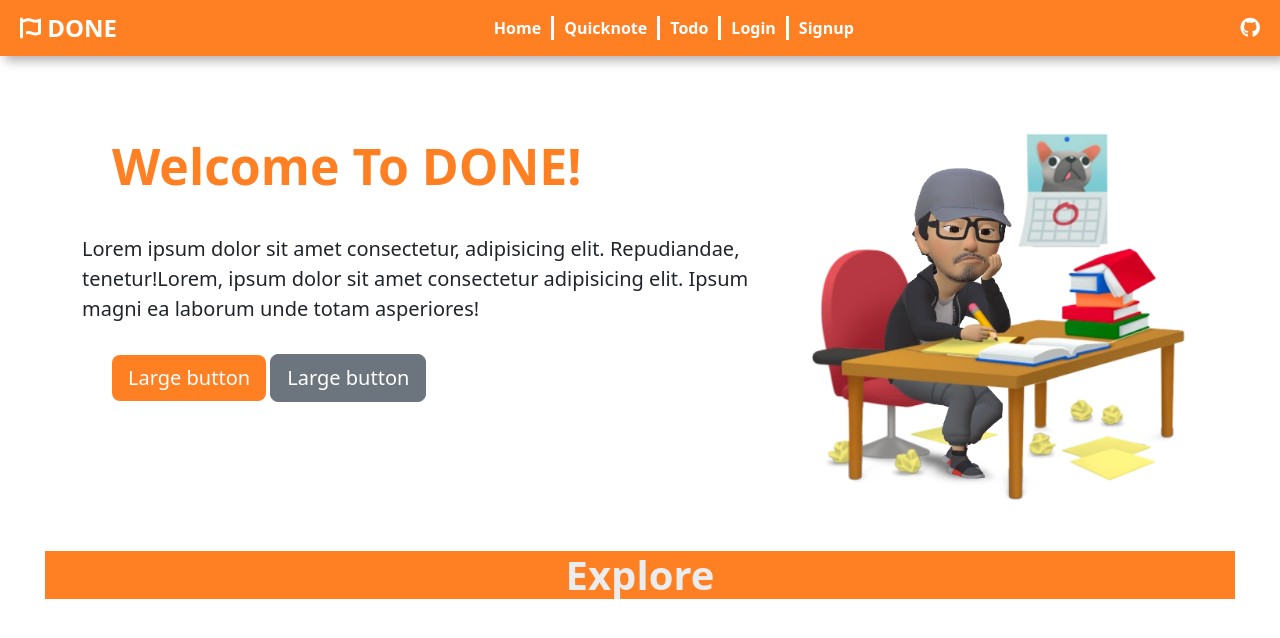
Repository: OmarEssameldinMousa/DONE
Page: index.html
The author's editor kept a copy of each file at every save. The page is drawn from the files as they stood at one save, then again after the next save.
The browser window is 1280 px wide. The pictures show the whole page.
The pointer rests on the first visible `.explore h1`.
Some web fonts or font styles are not loaded; a fallback is used.

Above is the page before, as saved 2023-12-16 20:13:21.

### index.html
<!DOCTYPE html>
<html lang="en">

<head>
    <meta charset="UTF-8">
    <meta name="viewport" content="width=device-width, initial-scale=1.0">
    <title>Home</title>
    <!-- Main Template CSS File -->
    <link rel="stylesheet" href="CSS/styles.css">
    <!-- Render and Normalize the ELements -->
    <link rel="stylesheet" href="CSS/normalize.css">
    <!-- Font Awsome Library -->
    <link rel="stylesheet" href="CSS/all.min.css">
    <!-- google fonts -->
    <link rel="preconnect" href="https://fonts.googleapis.com">
    <link rel="preconnect" href="https://fonts.gstatic.com" crossorigin>
    <link
        href="https://fonts.googleapis.com/css2?family=Kablammo&family=Work+Sans:wght@200;300;400;500;600;800&display=swap"
        rel="stylesheet">
    <!-- including bootstrap library -->
    <link href="https://cdn.jsdelivr.net/npm/bootstrap@5.3.2/dist/css/bootstrap.min.css" rel="stylesheet"
        integrity="sha384-T3c6CoIi6uLrA9TneNEoa7RxnatzjcDSCmG1MXxSR1GAsXEV/Dwwykc2MPK8M2HN" crossorigin="anonymous">

</head>

<body>
    <header>
        <nav>
            <!-- Logo with Font Awesome Icon -->
            <div class="logo">
                <i class="fab fa-font-awesome-flag"></i> DONE
            </div>

            <!-- Left-side Navigation Links -->
            <ul>
                <li><a href="#">Home</a></li>
                <li><a href="#">Quicknote</a></li>
                <li><a href="mytasks.html">Todo</a></li>
                <li><a href="#">Login</a></li>
                <li><a href="#">Signup</a></li>
            </ul>

            <!-- Right-side GitHub Icon -->
            <div class="github-icon">
                <a rel="" href="https://github.com/yourusername" target="_blank">
                    <i class="fab fa-github" style="color: white;"></i>
                </a>
            </div>
        </nav>

        <div class="container heading">
            <div class="landing">

                <div class="landingtext">
                    <h1>Welcome To DONE!</h1>
                    <p>Lorem ipsum dolor sit amet consectetur, adipisicing elit. Repudiandae, tenetur!Lorem, ipsum dolor
                        sit amet consectetur adipisicing elit. Ipsum magni ea laborum unde
                        totam
                        asperiores!</p>
                    <div class="buttons">
                        <button type="button" class="btn btn-primary btn-lg"
                            style="background-color: #ff7f23;border: none;">Large
                            button</button>
                        <button type="button" class="btn btn-secondary btn-lg">Large button</button>
                    </div>
                </div>

                <div class="logoimage">
                    <img src="images/omar.png" alt="">
                </div>
            </div>
        </div>
    </header>
    <div class="explore">
        <h1>Explore</h1>
    </div>

    <div id="dummy"></div>


    <script src="https://cdn.jsdelivr.net/npm/bootstrap@5.3.2/dist/js/bootstrap.bundle.min.js"
        integrity="sha384-C6RzsynM9kWDrMNeT87bh95OGNyZPhcTNXj1NW7RuBCsyN/o0jlpcV8Qyq46cDfL"
        crossorigin="anonymous"></script>
</body>

</html>

### CSS/styles.css
/* Start Variables */
:root{
    --main-color: rgba(235, 235, 235, 0.6);
    --secondery-color: #ff7f23;
    --third-color:#333;
}
/* End Variables */
/* Special Heading */
.special-heading{
    color: #ebeced;
    font-size: 100px;
    text-align: center;
    font-weight: 800;
    letter-spacing: -3px;
    margin: 0;

}
.special-heading + p{
    margin-top: -30px;
    text-align: center;
    font-size: 20px;
    color: #797979;
}
/* End Special Heading */
/* Start Global Rules */
*{
    -webkit-box-sizing: border-box;
    -moz-box-sizing: border-box;
    box-sizing: border-box;
}

body{

    font-family: 'Kablammo', cursive;
    font-family: 'Work Sans', sans-serif;
    background-color: #797979;

}

.container{
    padding-left: 15px;
    padding-right: 15px;
    margin-left: auto;
    margin-right: auto;
    background-color: #fff;
    margin: auto;
    width: 600px;
}

/*very small screens*/
@media (max-width: 767px){
    .container{
        .special-heading{
            font-size: 60px;
        }
        .special-heading + p{
            margin-top: -20px;
        }
        width: 390px;
        .landing{
            flex-direction: column;
            text-align: center;
            nav ul{
                display: none;
            }
        }

    }


}
/*small screens*/
@media (min-width: 768px){
    .container{
        width: 750px;
    }
}
/*Medium screens*/
@media (min-width: 992px){
    .container{
        width: 970px;
    }
}
/*Large screens*/
@media (min-width: 1200px){
    .container{
        width: 1170px;
    }
}
/* End Global Rules */


html{
    scroll-behavior: smooth;
}
/* navigation bar */

nav {
    background-color:  var(--secondery-color);
    color: white;
    display: flex;
    align-items: center;
    justify-content: space-between;
    padding: 10px 20px;
    box-shadow: 5px 5px 10px rgba(0, 0, 0, 0.3);
}
nav ul {
    list-style: none;
    margin: 0;
    padding: 0;
    display: flex;
}
nav ul li {
    margin-right: 10px;
    font-weight: bold;
}
nav ul li:not(:last-child) {
    border-right: solid 3px white;
    padding-right: 10px;
}
nav ul li a {
    text-decoration: none;
    color: white;
}
nav ul li a:hover {
    color: var(--main-color); /* Change color on hover */
}
.logo {
    font-size: 24px;
    font-weight: bold;
}
.github-icon {
    font-size: 20px;
    color: white;
}

.heading{
    display: flex;
    align-items: center;
    justify-content: center;
    margin-top: 50px;
    height: auto;
}

.landing{
    width: 100%;

    background-color: none;
    display: flex;
    flex-direction: row;

}

.landing h1{
    color: var(--secondery-color);
    font-size: 50px;
    font-weight: 900;
    padding: 30px;
}
.landing p{
    font-size: 20px;
}
.landing .logoimage img{
    width: 400px;
    position: relative;
    animation: topdown 2s ease-in-out infinite;
}

.landing .landingtext .buttons{
    margin: 30px;
    top: 150px;
}
@keyframes topdown {
    0%, 100% {
        top: 0; /* Starting and ending position (top) */
    }
    50% {
        top: 5px; /* Middle position (top) */
    }
}


.explore{
    height: 50px;
    margin: 25px;
    text-align: center;
    display: block;
    padding: 20px;
}
.explore h1{
    color: var(--secondery-color);
    font-weight: 900;

}

.landing .logoimage{
    position: relative;
}
.explore h1:hover{
    background-color:var(--secondery-color);
    color: #ebeced;
}

Loaded but not shown: CSS/normalize.css (library); CSS/all.min.css (library)

After the next save:
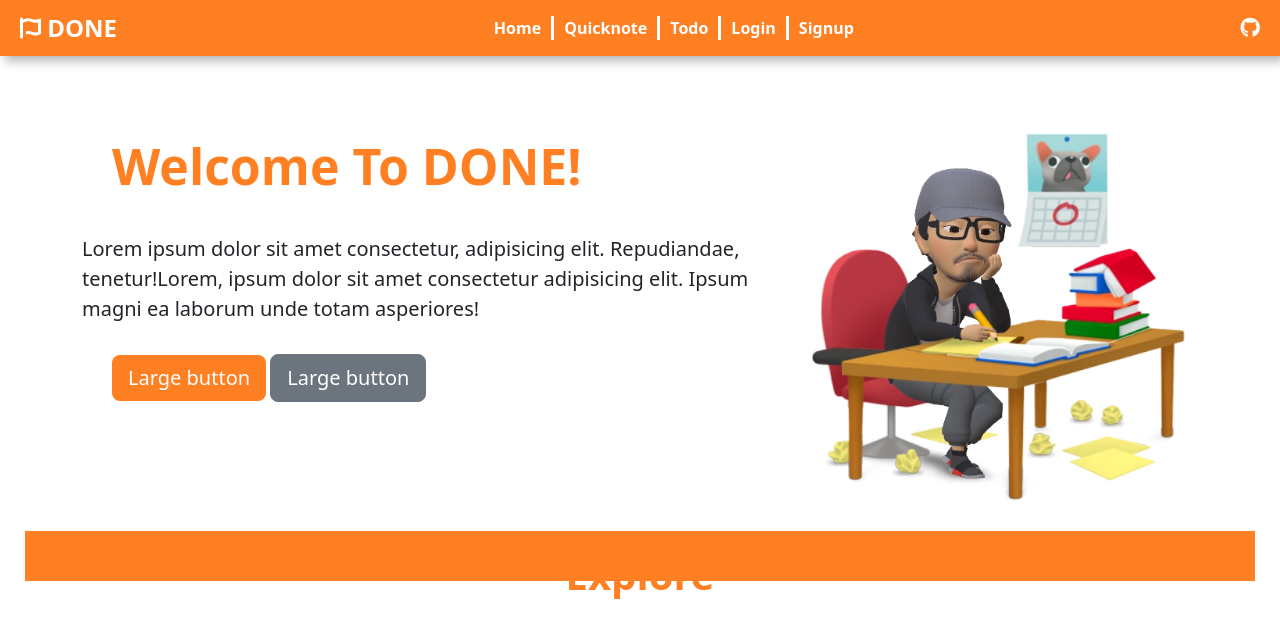
Saved 47 s later.
--- a/CSS/styles.css
+++ b/CSS/styles.css
@@ -196,7 +196,7 @@ nav ul li a:hover {
 .landing .logoimage{
     position: relative;
 }
-.explore h1:hover{
+.explore:hover{
     background-color:var(--secondery-color);
     color: #ebeced;
 }
